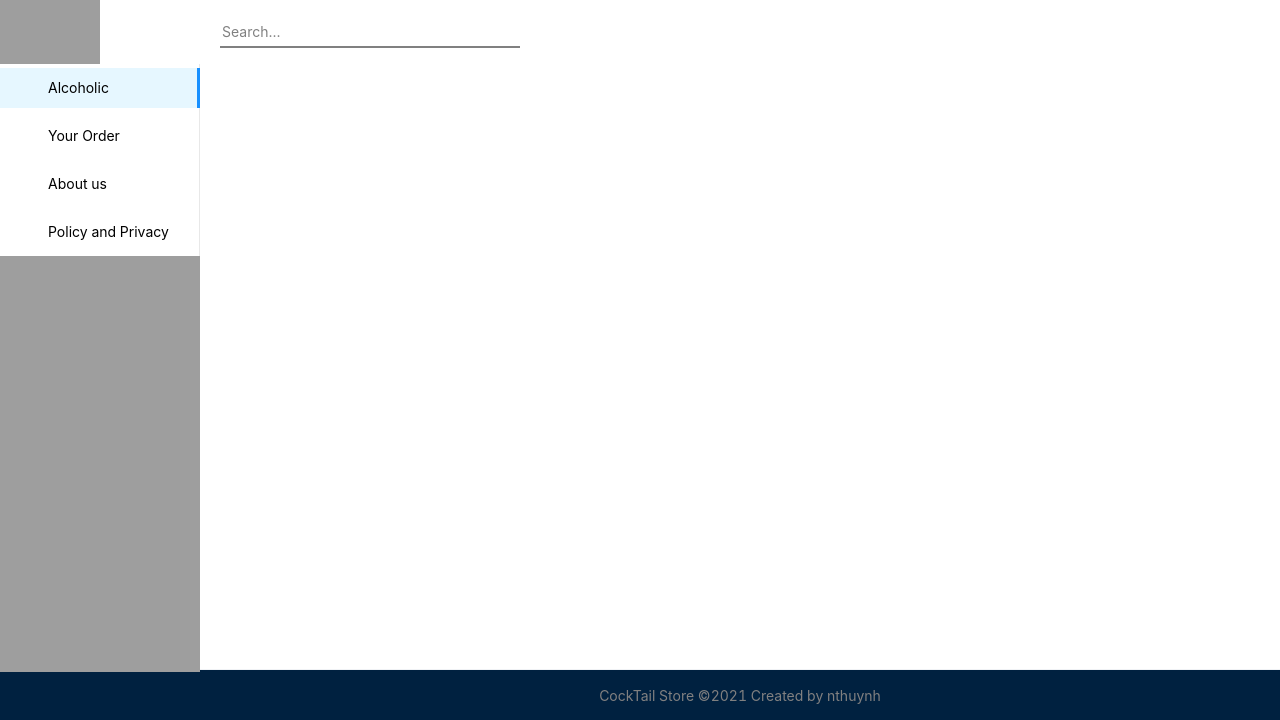
Repository: huynhnt1406/cocktail
Page: /
An editor plug-in stored every save of this project. The page is shown before and after the next save, followed by the edit.
The browser window is 1280 px wide. The pictures show the whole page.
Pictures or frames that could not be fetched are drawn as grey boxes. The page's requests for data from a server got no answer. The project was rebuilt for these pictures with package versions that can differ from the ones it lists, and the page was loaded fresh each time. No one was signed in, and anything a server would have sent is missing. Also part of the build but not shown: src/components/DetailPage.vue, src/components/Order.vue, src/components/AboutUs.vue, src/components/PolicyandPrivacy.vue.

Above is the page before, as saved 2021-05-08 01:22:31.

After the next save:
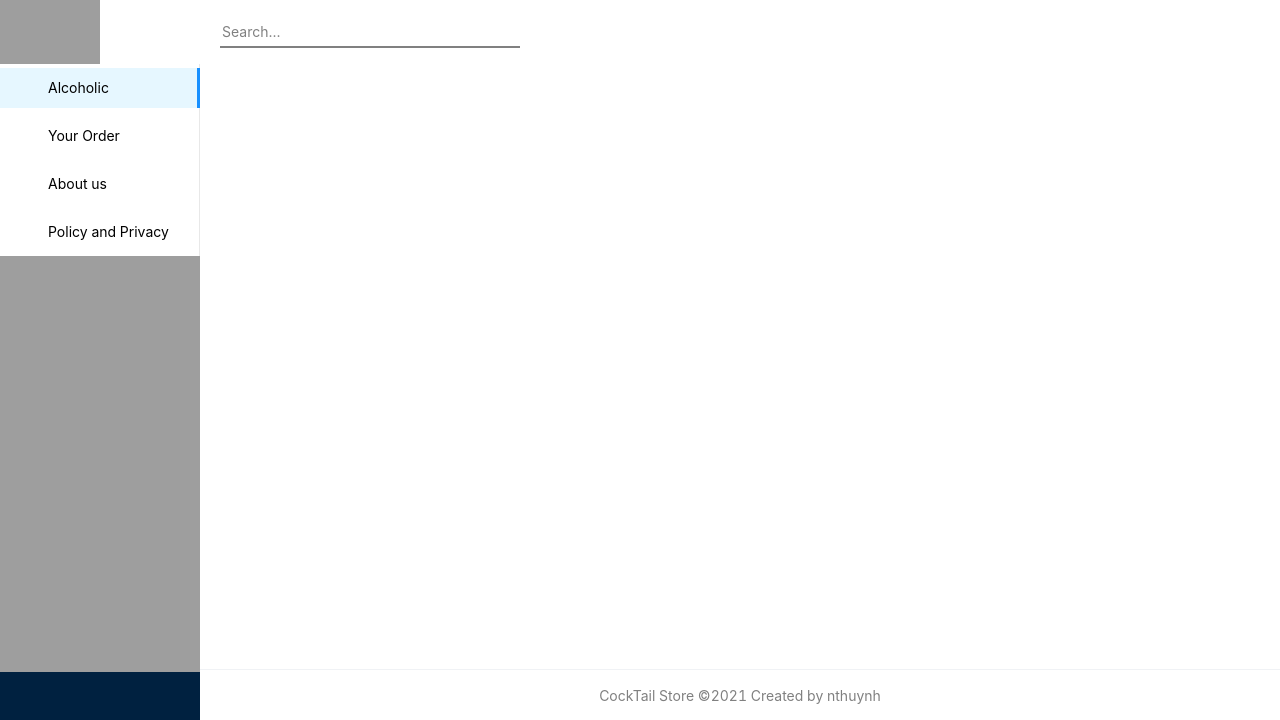
Saved 9 s later.
--- a/src/App.vue
+++ b/src/App.vue
@@ -31,7 +31,7 @@
           <router-view/>
         </div>
       </a-layout-content>
-      <a-layout-footer class="footer" style="text-align: center" :style="{padding:'2vh',color:'gray' ,background: '#002140',textAlign:'center'}">
+      <a-layout-footer class="footer" style="text-align: center" :style="{padding:'2vh',color:'gray' ,background: 'white',textAlign:'center'}">
         CockTail Store ©2021 Created by nthuynh
       </a-layout-footer>
     </a-layout>
